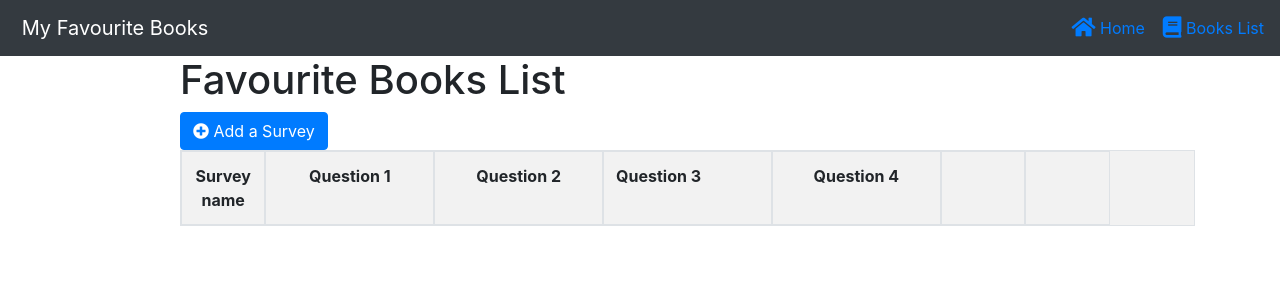
Repository: lord-NAVY/titans
Page: http://localhost/book-list
The author's editor kept a copy of each file at every save. The page is drawn from the files as they stood at one save, then again after the next save.
The browser window is 1280 px wide. The pictures show the whole page.
The page is served by the project's Node server (server.js). Queries for data that is not in the repository find no rows.

Above is the page before, as saved 2021-11-09 20:56:26.

After the next save:
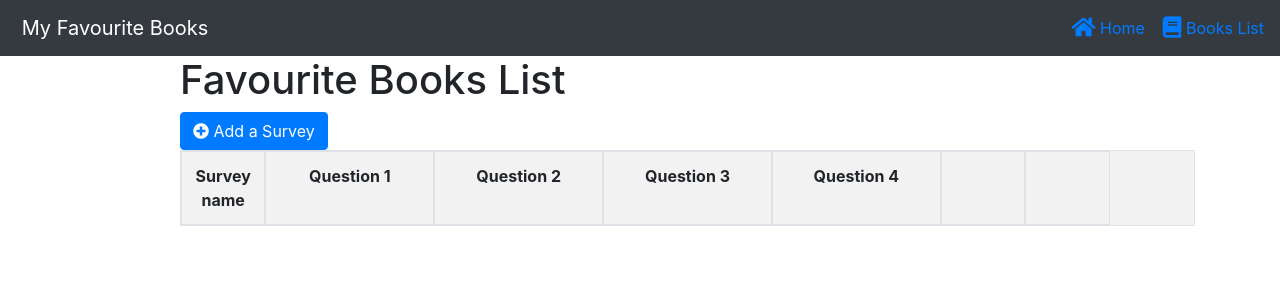
Saved 17 s later.
--- a/server/views/book/index.ejs
+++ b/server/views/book/index.ejs
@@ -19,7 +19,7 @@
                     <th class="text-center col-1">Survey name</th>
                     <th class="text-center col-2">Question 1</th>
                     <th class="text-center col-2">Question 2</th>
-                    <th class="col-2">Question 3</th>
+                    <th class="text-center col-2">Question 3</th>
                     <th class="text-center col-2">Question 4</th>
                     <th class="text-center col-1"></th>
                     <th class="text-center col-1"></th>
@@ -32,7 +32,7 @@
                         <td class="text-center col-1"><%= BookList[count].Title%></td>
                         <td class="text-center col-2"><%= BookList[count].Description %></td>
                         <td class="text-center col-2"><%= BookList[count].Price%></td>
-                        <td class="col-2"><%= BookList[count].Author %></td>
+                        <td class="text-center col-2"><%= BookList[count].Author %></td>
                         <td class="text-center col-2"><%= BookList[count].Genre %></td>
                         <td class="text-center col-1">
 
